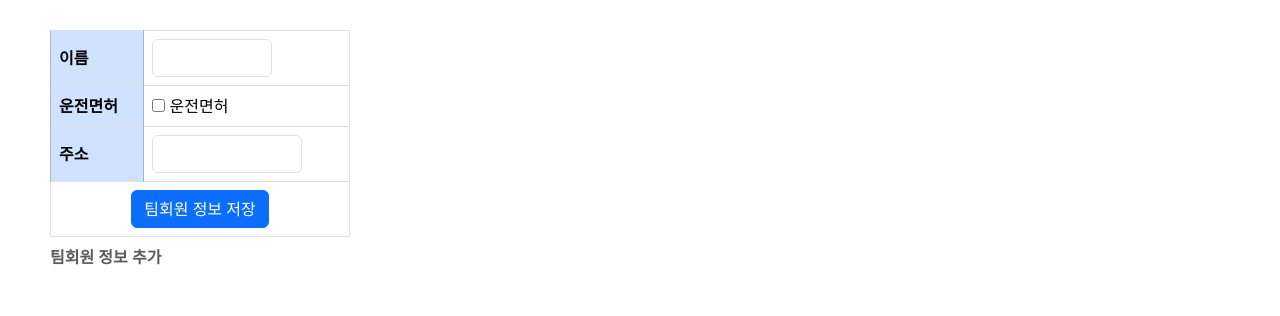
Repository: jini8293/Sist_04
Page: http://localhost/jspProject/team/addForm.jsp
These files come from the project's save history. The page is drawn as it stood at one moment and after the next save; the edit follows.
The browser window is 1280 px wide. The pictures show the whole page.
Some web fonts or font styles are not loaded; a fallback is used. The page is served by Tomcat 9. Other server files are loaded and not shown.

Above is the page before, as saved 2024-03-06 01:38:18.

### jspwork/jspProject/src/main/webapp/team/addForm.jsp
<%@ page language="java" contentType="text/html; charset=UTF-8"
    pageEncoding="UTF-8"%>
<!DOCTYPE html>
<html>
<head>
<meta charset="UTF-8">
<link
	href="https://fonts.googleapis.com/css2?family=Black+Han+Sans&family=Gowun+Dodum&family=IBM+Plex+Sans+KR&display=swap"
	rel="stylesheet">
<link
	href="https://cdn.jsdelivr.net/npm/bootstrap@5.3.2/dist/css/bootstrap.min.css"
	rel="stylesheet">
<script src="https://code.jquery.com/jquery-3.7.0.js"></script>
<title>Insert title here</title>
</head>
<body>

	<div style="margin: 30px 50px">
		<form action="addAction.jsp" method="post">
			<table class="table table-bordered" style="width: 300px;">
				<caption align="center"><b>팀회원 정보 추가</b></caption>
				<tr>
					<th class="table-primary" valign="middle">이름</th>
					<td>
						<input type="text" name="name" class="form-control" required="required" style="width: 120px">
					</td>
				</tr>

				<tr>
					<th class="table-primary" valign="middle">운전면허</th>
					<td>
						<input type="checkbox" name="driver" > 운전면허
					</td>
				</tr>

				<tr>
					<th class="table-primary" valign="middle">주소</th>
					<td>
						<input type="text" name="addr" class="form-control" required="required" style="width: 150px">
					</td>
				</tr>

				<tr>
					<td colspan="2" align="center">
						<button type="submit" class="btn btn-primary">팀회원 정보 저장</button>
					</td>
				</tr>
			</table>
		</form>
	</div>

</body>
</html>

After the next save:
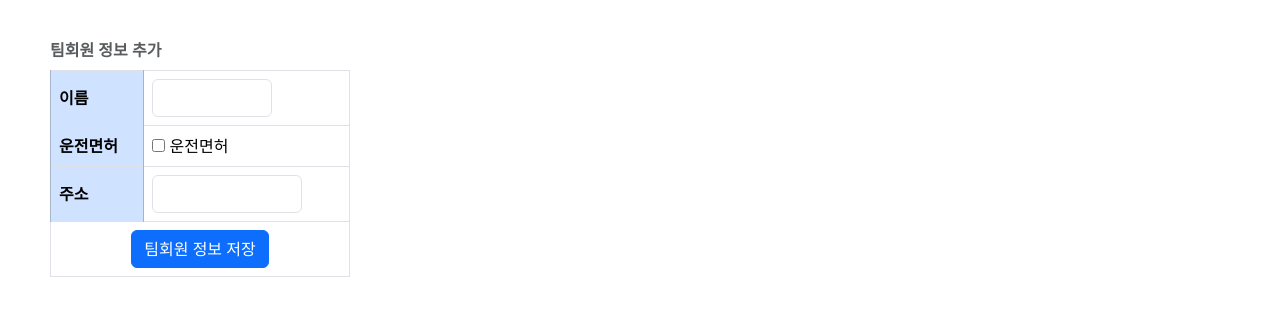
Saved 12 s later.
--- a/jspwork/jspProject/src/main/webapp/team/addForm.jsp
+++ b/jspwork/jspProject/src/main/webapp/team/addForm.jsp
@@ -18,7 +18,7 @@
 	<div style="margin: 30px 50px">
 		<form action="addAction.jsp" method="post">
 			<table class="table table-bordered" style="width: 300px;">
-				<caption align="center"><b>팀회원 정보 추가</b></caption>
+				<caption align="top"><b>팀회원 정보 추가</b></caption>
 				<tr>
 					<th class="table-primary" valign="middle">이름</th>
 					<td>
